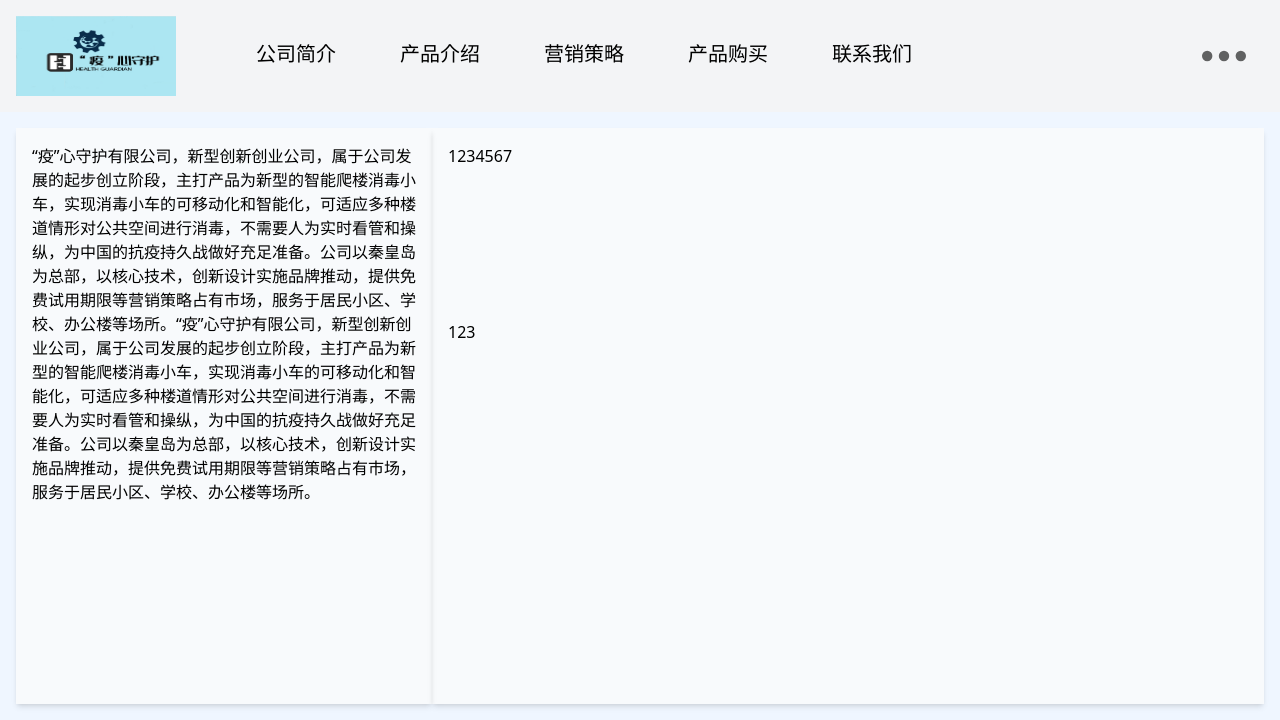
Repository: LiuRuohui/company_introduction
Page: /#/introduction
The author's editor kept a copy of each file at every save. The page is drawn from the files as they stood at one save, then again after the next save.
The browser window is 1280 px wide. The pictures show the whole page.
The project was rebuilt for these pictures with package versions that can differ from the ones it lists, and the page was loaded fresh each time. Also part of the build but not shown: vite.config.js, src/components/product.vue, src/components/purchase.vue, src/components/strategy.vue, src/components/contact.vue.

Above is the page before, as saved 2022-05-11 23:06:06.

### index.html
<!DOCTYPE html>
<html lang="en">
  <head>
    <meta charset="UTF-8" />
    <link rel="icon" href="/favicon.ico" />
    <meta name="viewport" content="width=device-width, initial-scale=1.0" />
    <title>COMPANY_INTRODUCTION</title>
  </head>
  <body>
    <div id="app"></div>
    <script type="module" src="/src/main.js"></script>
  </body>
</html>

### src/main.js
import { createApp } from 'vue'
import "./index.css";
//引入路由器
import router from '../src/router/route.js'

import App from './App.vue'

const app = createApp(App);
app.use(router);
app.mount('#app');

### src/index.css
/* ./src/index.css */

@tailwind base;
@tailwind components;
.inputFrame {
  @apply w-full content-center text-base px-4 py-2 border-b rounded-2xl border-gray-300;
}

.inputFrame:focus {
  @apply outline-none border-indigo-500;
}

.btn {
  @apply w-full flex justify-center bg-gradient-to-r from-indigo-500 to-blue-600 text-gray-100 p-4 rounded-full tracking-wide font-semibold shadow-lg cursor-pointer transition ease-in duration-500;
}

.btn:hover {
  @apply bg-gradient-to-l from-blue-500 to-indigo-600;
}

.label {
  @apply ml-3 text-sm font-bold text-gray-700 tracking-wide;
}

@tailwind utilities;

### src/router/route.js
import { createRouter, createWebHashHistory } from "vue-router";
//引入组件
import Introduction from "../components/introduction.vue"
import Product from "../components/product.vue"
import Purchase from "../components/purchase.vue"
import Strategy from "../components/strategy.vue"
import Contact from "../components/contact.vue"

const route = [
    {
        path:'/introduction',
        component:Introduction
    },
    {
        path:'/product',
        component:Product
    },
    {
        path:'/strategy',
        component:Strategy
    },
    {
        path:'/purchase',
        component:Purchase
    },
    {
        path:'/contact',
        component:Contact
    },
]

// 创建路由对象
const router = createRouter({
    history: createWebHashHistory(),
    routes: route
  });


export default router

### src/App.vue
<script setup>
import MainPage from './components/mainPage.vue';
// This starter template is using Vue 3 <script setup> SFCs
// Check out https://vuejs.org/api/sfc-script-setup.html#script-setup

</script>

<template>
<MainPage></MainPage>
</template>

<style>

</style>

### src/components/introduction.vue
<script setup>
const intro = "“疫”心守护有限公司，新型创新创业公司，属于公司发展的起步创立阶段，主打产品为新型的智能爬楼消毒小车，实现消毒小车的可移动化和智能化，可适应多种楼道情形对公共空间进行消毒，不需要人为实时看管和操纵，为中国的抗疫持久战做好充足准备。公司以秦皇岛为总部，以核心技术，创新设计实施品牌推动，提供免费试用期限等营销策略占有市场，服务于居民小区、学校、办公楼等场所。"
</script>

<template>
    <div class="w-full m-4 flex flex-row bg-slate-50">
        <div class="flex h-full w-1/3 shadow-md">
            <div class="m-4 w-full">
                {{intro}}“疫”心守护有限公司，新型创新创业公司，属于公司发展的起步创立阶段，主打产品为新型的智能爬楼消毒小车，实现消毒小车的可移动化和智能化，可适应多种楼道情形对公共空间进行消毒，不需要人为实时看管和操纵，为中国的抗疫持久战做好充足准备。公司以秦皇岛为总部，以核心技术，创新设计实施品牌推动，提供免费试用期限等营销策略占有市场，服务于居民小区、学校、办公楼等场所。
            </div>
        </div>
        <div class="flex flex-grow flex-col shadow-md">
            <div class="m-4 w-full h-1/4">1234567</div>
            <div class="w-full flex flex-grow">
                <div class="m-4">123</div>
            </div>
        </div>
    </div>
</template>

### src/components/mainPage.vue
<script setup></script>

<template>
    <div class="max-h-full min-h-screen w-full flex flex-col bg-white">
        <div class="w-full h-28 flex flex-row bg-gray-100">
            <div class="h-full">
                <img
                    src="/src/assets/logo.png"
                    alt="公司图标"
                    class="h-20 m-4 w-40"
                />
            </div>
            <div class="flex font-sans text-xl ml-8">
                <router-link
                    active-class="active"
                    to="/introduction"
                    class="px-8 pt-10 hover:cursor-pointer hover:bg-blue-300"
                    >公司简介</router-link
                >
                <router-link
                    active-class="active"
                    to="/product"
                    class="px-8 pt-10 hover:cursor-pointer hover:bg-blue-300"
                    >产品介绍</router-link
                >
                <router-link
                    active-class="active"
                    to="/strategy"
                    class="px-8 pt-10 hover:cursor-pointer hover:bg-blue-300"
                    >营销策略</router-link
                >
                <router-link
                    active-class="active"
                    to="/purchase"
                    class="px-8 pt-10 hover:cursor-pointer hover:bg-blue-300"
                    >产品购买</router-link
                >
                <router-link
                    active-class="active"
                    to="/contact"
                    class="px-8 pt-10 hover:cursor-pointer hover:bg-blue-300"
                    >联系我们</router-link
                >
            </div>
            <div class="flex flex-grow flex-row-reverse">
                <img
                    src="/src/assets/more.svg"
                    alt="更多"
                    class="w-16 h-16 opacity-60 mt-6 mr-6 hover:cursor-pointer"
                />
            </div>
        </div>
        <div class="w-full flex flex-grow bg-blue-50">
            <router-view></router-view>
        </div>
    </div>
</template>

<style></style>

### tailwind.config.js
module.exports = {
  content: [
      "./index.html",
      "./src/**/*.{vue,js,ts,jsx,tsx}",
  ],
  theme: {
      extend: {},
  },
  plugins: [],
}

After the next save:
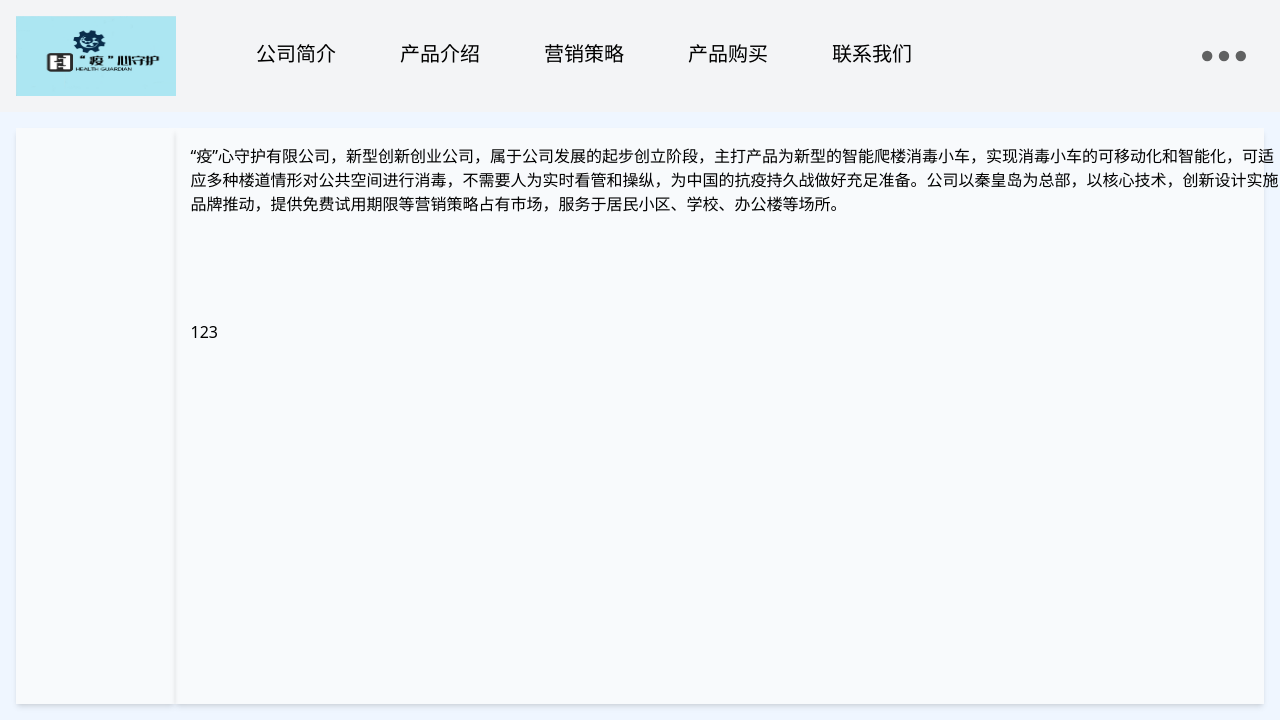
Saved 31 s later.
--- a/src/components/introduction.vue
+++ b/src/components/introduction.vue
@@ -6,11 +6,10 @@
     <div class="w-full m-4 flex flex-row bg-slate-50">
         <div class="flex h-full w-1/3 shadow-md">
             <div class="m-4 w-full">
-                {{intro}}“疫”心守护有限公司，新型创新创业公司，属于公司发展的起步创立阶段，主打产品为新型的智能爬楼消毒小车，实现消毒小车的可移动化和智能化，可适应多种楼道情形对公共空间进行消毒，不需要人为实时看管和操纵，为中国的抗疫持久战做好充足准备。公司以秦皇岛为总部，以核心技术，创新设计实施品牌推动，提供免费试用期限等营销策略占有市场，服务于居民小区、学校、办公楼等场所。
             </div>
         </div>
         <div class="flex flex-grow flex-col shadow-md">
-            <div class="m-4 w-full h-1/4">1234567</div>
+            <div class="m-4 w-full h-1/4">{{intro}}</div>
             <div class="w-full flex flex-grow">
                 <div class="m-4">123</div>
             </div>
